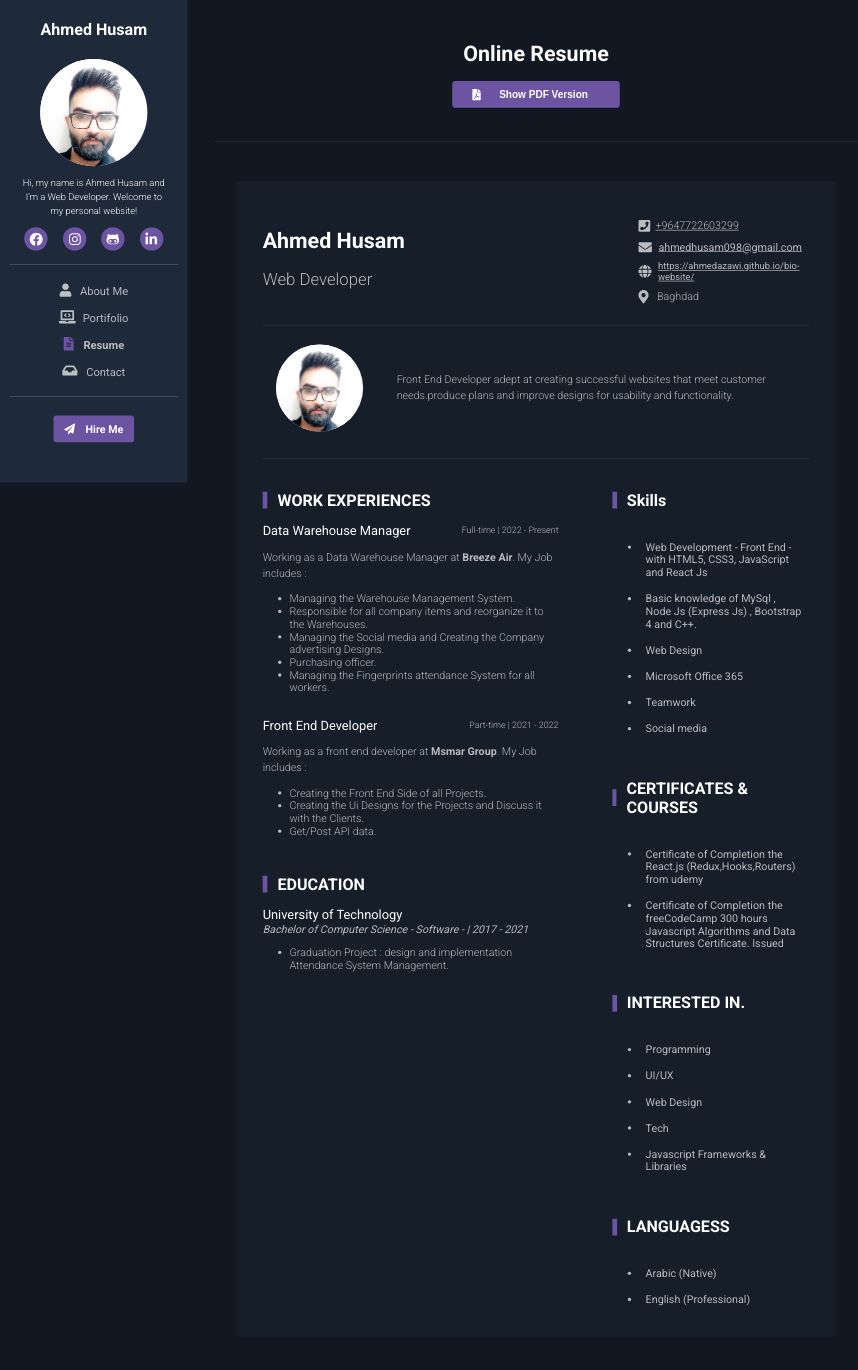
Repository: ahmedazawi/bio-website
Page: /bio-website/resume
These files come from the project's save history. The page is drawn as it stood at one moment and after the next save; the edit follows.
The browser window is 1280 px wide. The pictures show the whole page, at 67% of full size.
The project was rebuilt for these pictures with package versions that can differ from the ones it lists, and the page was loaded fresh each time. Also part of the build but not shown: src/assets/css/routes-files/about-me.css, src/components/home/Head.js, src/assets/css/routes-files/cards.css, src/components/home/Card.js, src/components/home/Cards.js, src/components/home/PojectsCard.js, src/components/home/Projects.js, src/views/AboutMe.js and 2 more.

Above is the page before, as saved 2022-08-05 11:48:18.

### public/index.html
<!DOCTYPE html>
<html lang="en">

<head>
  <meta charset="utf-8" />
  <link rel="icon" href="%PUBLIC_URL%/favicon.ico" />
  <!-- <meta name="viewport" content="width=device-width, initial-scale=1" /> -->
  <meta name="viewport" content="width=device-width">
  <meta name="theme-color" content="#000000" />
  <meta name="description" content="Web site created using create-react-app" />
  <link href="https://fonts.googleapis.com/css?family=Roboto:300,400,500,700" rel="stylesheet">
  <!--
      manifest.json provides metadata used when your web app is installed on a
      user's mobile device or desktop. See https://developers.google.com/web/fundamentals/web-app-manifest/
    -->
  <link rel="manifest" href="%PUBLIC_URL%/manifest.json" />
  <!--
      Notice the use of %PUBLIC_URL% in the tags above.
      It will be replaced with the URL of the `public` folder during the build.
      Only files inside the `public` folder can be referenced from the HTML.

      Unlike "/favicon.ico" or "favicon.ico", "%PUBLIC_URL%/favicon.ico" will
      work correctly both with client-side routing and a non-root public URL.
      Learn how to configure a non-root public URL by running `npm run build`.
    -->

  <title>Bio</title>
</head>

<body>
  <noscript>You need to enable JavaScript to run this app.</noscript>
  <div id="root"></div>
  <!--
      This HTML file is a template.
      If you open it directly in the browser, you will see an empty page.

      You can add webfonts, meta tags, or analytics to this file.
      The build step will place the bundled scripts into the <body> tag.

      To begin the development, run `npm start` or `yarn start`.
      To create a production bundle, use `npm run build` or `yarn build`.
    -->

</body>

</html>

### src/App.js
import "./assets/css/App.css";
import Sidebar from "./components/Sidebar";
import AboutMe from "./views/AboutMe";
import Resume from "./views/Resume";
import Portifolio from "./views/Portifolio";
import Contact from "./views/Contact";
import { BrowserRouter, Switch, Route } from "react-router-dom";

function App() {
  return (
    <div className="app">
      <BrowserRouter basename="/bio-website">
        <Sidebar />
        <div className="side-line">
          <Switch>
            <Route exact path="/" component={AboutMe} />
            <Route path="/resume" component={Resume} />
            <Route path="/portifolio" component={Portifolio} />
            <Route path="/contact" component={Contact} />
          </Switch>
        </div>
      </BrowserRouter>
    </div>
  );
}

export default App;

### src/assets/css/App.css
body {
  margin: 0;
  background: rgba(17, 24, 33);
  color: white;
  font-family: "Roboto";
  /* height: 100%; */
}
.app {
  display: flex;
  flex-direction: row;
  justify-content: flex-start;
}
.side-line {
  margin-left: 320px;
  width: 100%;
}
@media only screen and (max-width: 768px) {
  .app {
    flex-direction: column;
  }
  .side-line {
    margin-left: 0;
  }
}
.primary-btn {
  display: flex;
  flex-direction: row;
  border: none;
  color: rgba(255, 255, 255);
  cursor: pointer;
  width: 180px;
  height: 40px;
  background-color: rgb(108, 84, 162);
  justify-content: center;
  align-items: center;
  border-radius: 5px;
  font-weight: 300;
  transition: all 0.5s;
}
.primary-btn > span {
  margin-left: 10px;
  font-weight: bold;
  font-style: normal;
  font-size: 15px;
}
.primary-btn:hover {
  background-color: rgba(108, 84, 162, 0.8);
  transition: all 0.5s;
}
.secondary-btn {
  display: flex;
  flex-direction: row;
  border: none;
  color: rgba(255, 255, 255);
  cursor: pointer;
  width: 180px;
  height: 40px;
  background-color: rgb(48, 68, 91, 0.6);
  justify-content: center;
  align-items: center;
  border-radius: 5px;
  font-weight: 300;
  transition: all 0.5s;
}
.secondary-btn > span {
  margin-left: 10px;
  font-weight: bold;
  font-style: normal;
  font-size: 15px;
}
.secondary-btn:hover {
  background-color: rgb(48, 68, 91, 1);
  transition: all 0.5s;
}
/* ----------- portifolio & Contact page  ------------*/
.portifolio-header {
  display: flex;
  flex-direction: column;
  align-items: center;
  width: 100%;
}
.portifolio-header > h1 {
  margin-top: 60px;
}
.portifolio-header > p,
span {
  text-align: center;
  width: 70%;
  line-height: 1.5em;
  font-weight: lighter;
  color: rgb(184, 186, 189);
  margin: 0;
}
.portifolio-header > p > a {
  color: rgb(108, 84, 162);
  text-decoration: none;
  font-size: 18px;
}
.portifolio-header > p > a:hover {
  text-decoration: underline;
}
.portifolio-header .contact-icons {
  display: flex;
  flex-direction: row;
  flex-wrap: wrap;
  justify-content: space-between;
  width: 250px;
}
/* ----------------- */
/* ------------ resume page ------------ */
.resume {
  display: flex;
  flex-direction: column;
  align-items: center;
  justify-content: center;
  background-color: rgb(21, 30, 41);
  width: 85%;
  height: 100%;
  padding: 20px 40px;
  margin: 50px 0;
  border-radius: 5px;
}
.resume-head {
  display: flex;
  flex-direction: row;
  justify-content: flex-start;
  align-items: center;
  width: 100%;
}
.resume-head div:first-of-type {
  width: 80%;
}
.resume-head .resume-contact {
  margin-top: 25px;
  padding: 5px;
  display: flex;
  flex-direction: column;
  align-items: flex-start;
  color: rgb(185, 188, 191);
}

.resume-head .resume-contact > div {
  display: flex;
  flex-direction: row;
  align-items: center;
  padding: 5px 0;
  border-left: 1px solid rgb(30, 30, 43);
}
.resume-introduction {
  display: flex;
  flex-direction: row;
  align-items: center;
  padding: 20px;
}
.resume-intro-p {
  margin-left: 50px;
}
.resume-intro-p p {
  line-height: 1.5em;
  font-weight: lighter;
  color: rgb(184, 186, 189);
}

.resume-description {
  display: flex;
  flex-direction: row;
  justify-content: flex-start;
  width: 100%;
}

.resume-description p,
small {
  line-height: 1.5em;
  font-weight: lighter;
  color: rgb(184, 186, 189);
}
.resume-description big {
  color: white;
}
.resume-section-one {
  width: 60%;
  display: flex;
  flex-direction: column;
}
.resume-section-two {
  width: 40%;
  margin-left: 80px;
}
.resume-title {
  display: flex;
  flex-direction: row;
  align-items: center;
  margin-top: 20px;
}
.resume-title > div {
  width: 7px;
  height: 25px;
  background-color: rgb(108, 84, 162);
  margin-right: 15px;
}
.resume-inside-title {
  display: flex;
  flex-direction: row;
  align-items: center;
  justify-content: space-between;
}
.section-two-divs {
  display: flex;
  flex-direction: column;
  justify-content: flex-start;
  color: rgb(184, 186, 189);
}
.section-two-divs > ul > li {
  padding: 10px;
}
@media only screen and (max-width: 1060px) {
  .resume-description {
    flex-direction: column;
  }
  .resume-section-one {
    width: 100%;
    display: flex;
    flex-direction: column;
  }
  .resume-section-two {
    width: 100%;
    margin-left: 0;
  }
}
@media only screen and (max-width: 600px) {
  .resume {
    width: 70vw;
  }
  .resume-head {
    flex-direction: column;
    justify-content: center;
    align-items: flex-start;
    width: 100%;
  }
  .resume-introduction {
    flex-direction: column;
  }
  .resume-intro-p {
    margin-left: 0;
  }
  .resume-intro-p p {
    line-height: 1.5em;
    font-weight: lighter;
    color: rgb(184, 186, 189);
    text-align: center;
  }
}
@media only screen and (max-width: 300px) {
  .resume-contact > div {
    margin: 0;
    flex-wrap: wrap;
  }
  .resume-head {
    padding: 0;
  }
}

### src/views/Resume.js
import React from "react";
import Img from "../assets/images/20211023_173933.jpg";
import { FontAwesomeIcon } from "@fortawesome/react-fontawesome";
import {
  faFilePdf,
  faPhoneSquare,
  faEnvelope,
  faGlobe,
  faMapMarkerAlt,
} from "@fortawesome/free-solid-svg-icons";
const Resume = () => {
  return (
    <div
      style={{
        display: "flex",
        flexDirection: "column",
        alignItems: "center",
      }}
    >
      <div
        style={{
          display: "flex",
          flexDirection: "column",
          alignItems: "center",
          marginTop: "40px",
        }}
      >
        <h1>Online Resume</h1>
        <a
          href="https://drive.google.com/file/d/15pAaGeQzM7rIs7e_jr2EU6NALuMMxu7G/view?usp=sharing"
          style={{
            textDecoration: "none",
          }}
        >
          <button
            style={{ width: "250px", color: "white" }}
            className="primary-btn"
          >
            <FontAwesomeIcon icon={faFilePdf} size="lg" />
            <span style={{ color: "white" }}>Show PDF Version</span>
          </button>
        </a>
      </div>
      <hr
        style={{
          width: "100%",
          marginTop: "50px",
          border: "none",
          height: "1px",
          backgroundColor: "rgb(49, 48, 48)",
        }}
      />

      {/* -------------- */}
      <div className="resume">
        <div className="resume-head">
          <div>
            <h1>Ahmed Husam</h1>
            <span style={{ fontSize: "25px" }}>Web Developer</span>
          </div>
          <div className="resume-contact">
            <div>
              <FontAwesomeIcon icon={faPhoneSquare} size="lg" />
              <span style={{ textDecoration: "underline" }}>
                +9647722603299
              </span>
            </div>
            <div>
              <FontAwesomeIcon
                icon={faEnvelope}
                style={{ marginRight: "10px" }}
                size="lg"
              />
              <a
                href="mailto:ahmedhusam098@gmail.com"
                style={{ color: "rgb(184,186,189)" }}
              >
                ahmedhusam098@gmail.com
              </a>
            </div>
            <div>
              <FontAwesomeIcon
                icon={faGlobe}
                style={{ marginRight: "10px" }}
                size="lg"
              />
              <a
                href="https://ahmedazawi.github.io/bio-website/"
                style={{ color: "rgb(184,186,189)", fontSize: "14px" }}
              >
                https://ahmedazawi.github.io/bio-website/
              </a>
            </div>
            <div>
              <FontAwesomeIcon
                icon={faMapMarkerAlt}
                style={{ marginRight: "13px" }}
                size="lg"
              />
              <span style={{ color: "rgb(184,186,189)", marginLeft: "0" }}>
                Baghdad
              </span>
            </div>
          </div>
        </div>

        {/* -------- */}
        <hr
          style={{
            width: "100%",
            marginTop: "20px",
            border: "none",
            height: "1px",
            backgroundColor: "rgb(49, 48, 48)",
          }}
        />

        <div className="resume-introduction">
          <div>
            <div
              style={{ width: "130px", height: "130px" }}
              className="circle-img"
            >
              <img src={Img} alt="Portifolio-img" />
            </div>
          </div>
          <div className="resume-intro-p">
            <p>
              Front End Developer adept at creating successful websites that
              meet customer needs.produce plans and improve designs for
              usability and functionality.
            </p>
          </div>
        </div>
        <hr
          style={{
            width: "100%",
            marginTop: "20px",
            border: "none",
            height: "1px",
            backgroundColor: "rgb(49, 48, 48)",
          }}
        />

        <div className="resume-description">
          <div className="resume-section-one">
            <div className="resume-title">
              <div></div>
              <h2>WORK EXPERIENCES</h2>
            </div>
            <div>
              <div className="resume-inside-title">
                <big>Data Warehouse Manager</big>
                <small>Full-time | 2022 - Present</small>
              </div>
              <p>
                Working as a Data Warehouse Manager at <b>Breeze Air</b>. My Job
                includes :
              </p>
              <ul
                style={{
                  fontWeight: "lighter",
                  color: "rgb(184, 186, 189) ",
                }}
              >
                <li>Managing the Warehouse Management System.</li>
                <li>
                  Responsible for all company items and reorganize it to the
                  Warehouses.
                </li>
                <li>
                  Managing the Social media and Creating the Company advertising
                  Designs.
                </li>
                <li>Purchasing officer.</li>
                <li>
                  Managing the Fingerprints attendance System for all workers.
                </li>
              </ul>
            </div>
            <br />
            <div>
              <div className="resume-inside-title">
                <big>Front End Developer</big>
                <small>Part-time | 2021 - 2022</small>
              </div>
              <p>
                Working as a front end developer at <b>Msmar Group</b>. My Job
                includes :
              </p>
              <ul
                style={{
                  fontWeight: "lighter",
                  color: "rgb(184, 186, 189) ",
                }}
              >
                <li>Creating the Front End Side of all Projects.</li>
                <li>
                  Creating the Ui Designs for the Projects and Discuss it with
                  the Clients.
                </li>
                <li>Get/Post API data.</li>
              </ul>
            </div>
            <div className="resume-title">
              <div></div>
              <h2>EDUCATION</h2>
            </div>
            <div>
              <big style={{ marginBottom: "20px" }}>
                University of Technology
              </big>
              <br />
              <i style={{ color: "rgb(184,186,189)" }}>
                Bachelor of Computer Science - Software - | 2017 - 2021
              </i>
              <ul
                style={{
                  fontWeight: "lighter",
                  color: "rgb(184, 186, 189) ",
                }}
              >
                <li>
                  Graduation Project : design and implementation Attendance
                  System Management.
                </li>
              </ul>
            </div>
          </div>

          <div className="resume-section-two">
            <div className="resume-title">
              <div></div>
              <h2>Skills</h2>
            </div>
            <div className="section-two-divs">
              <ul>
                <li>
                  Web Development - Front End - with HTML5, CSS3, JavaScript and
                  React Js
                </li>
                <li>
                  Basic knowledge of MySql , Node Js (Express Js) , Bootstrap 4
                  and C++.
                </li>
                <li>Web Design</li>
                <li>Microsoft Office 365</li>
                <li>Teamwork</li>
                <li>Social media</li>
              </ul>
            </div>
            <div className="resume-title">
              <div></div>
              <h2>CERTIFICATES & COURSES</h2>
            </div>
            <div className="section-two-divs">
              <ul>
                <li>
                  Certificate of Completion the React.js (Redux,Hooks,Routers)
                  from udemy
                </li>
                <li>
                  Certificate of Completion the freeCodeCamp 300 hours
                  Javascript Algorithms and Data Structures Certificate. Issued
                </li>
              </ul>
            </div>
            <div className="resume-title">
              <div></div>
              <h2>INTERESTED IN.</h2>
            </div>
            <div className="section-two-divs">
              <ul>
                <li>Programming</li>
                <li>UI/UX</li>
                <li>Web Design</li>
                <li>Tech</li>
                <li>Javascript Frameworks & Libraries</li>
              </ul>
            </div>
            <div className="resume-title">
              <div></div>
              <h2>LANGUAGESS</h2>
            </div>
            <div className="section-two-divs">
              <ul>
                <li>Arabic (Native)</li>
                <li>English (Professional)</li>
              </ul>
            </div>
          </div>
        </div>
      </div>
    </div>
  );
};

export default Resume;

### src/assets/css/sidebar.css
.sidebar {
  display: flex;
  flex-direction: column;
  align-items: center;
  position: fixed;
  width: 280px;
  height: 100%;
  background-color: rgba(30, 42, 58);
}
.navbar {
  background-color: rgba(30, 42, 58);
  min-width: 100%;
  height: 50px;
  /* top: -100px; */
  display: none;
  justify-content: flex-end;
  align-items: center;
  z-index: 3;
}
.section-one {
  display: flex;
  flex-direction: column;
  align-items: center;
}

.circle-img {
  width: 160px;
  height: 160px;
  border-radius: 50%;
  overflow: hidden;
  background-color: white;
  /* border: 1px solid rgba(108, 84, 162); */
}
.circle-img > img {
  width: 90%;
}
.section-one > p {
  text-align: center;
  font-weight: lighter;
  line-height: 1.5;
  font-size: 14px;
  width: 80%;
}
.social-circles {
  display: flex;
  flex-direction: row;
  justify-content: space-evenly;
  width: 90%;
}
.social-circles > div {
  width: 35px;
  height: 35px;
  border-radius: 50%;
  overflow: hidden;
  background: rgb(108, 84, 162);
  display: flex;
  justify-content: center;
  align-items: center;
}

.section-two {
  display: flex;
  flex-direction: column;
  align-items: center;
  width: 200px;
  margin-top: 20px;
}
.section-nav-link {
  text-decoration: none;
  color: rgb(188, 192, 196);
  transition: all 0.3s;
  -webkit-transition: all 0.3s;
  -moz-transition: all 0.3s;
  -ms-transition: all 0.3s;
  -o-transition: all 0.3s;
  font-weight: 600;
}
.section-nav-link:hover {
  color: white;
  transition: all 0.3s;
  -webkit-transition: all 0.3s;
  -moz-transition: all 0.3s;
  -ms-transition: all 0.3s;
  -o-transition: all 0.3s;
}
.nav-link {
  display: flex;
  flex-direction: row;
  /* align-items: center; */
  width: auto;
  height: 40px;
  font-size: 20px;
  /* margin-left: 15px; */
}

.nav-link > small {
  margin-left: 10px;
}
.hamburger {
  display: none;
  margin-right: 30px;
}

.bar {
  display: block;
  width: 25px;
  height: 3px;
  margin: 5px auto;
  -webkit-transition: all 0.3s ease-in-out;
  -moz-transition: all 0.3s ease-in-out;
  -ms-transition: all 0.3s ease-in-out;
  -o-transition: all 0.3s ease-in-out;
  transition: all 0.3s ease-in-out;
  background-color: white;
}

.bar-active {
  /* top: 0; */
  display: flex;
}
@media only screen and (max-width: 768px) {
  .sidebar {
    position: absolute;
    opacity: 0;
    -webkit-opacity: 0;
    flex-direction: column;
    width: 100%;
    height: 100%;
    border-bottom-right-radius: 10px;
    border-bottom-left-radius: 10px;
    transition: all 0.6s;
    -webkit-transition: all 0.3s;
    -moz-transition: all 0.3s;
    -ms-transition: all 0.3s;
    -o-transition: all 0.3s;
    text-align: center;
    box-shadow: 0 10px 27px rgba(0, 0, 0, 0.05);
    overflow: scroll;
    z-index: 1;
  }
  .sidebar-2 {
    top: -100%;
  }
  .sidebar.active {
    top: 0;
    transition: all 0.5s;
    opacity: 1;
    -webkit-opacity: 1;
    height: 100%;
  }
  .sidebar.active-2 {
    position: relative;
  }
  .hamburger {
    display: block;
    cursor: pointer;
  }

  .hamburger.active .bar:nth-child(2) {
    opacity: 0;
    -webkit-opacity: 0;
  }

  .hamburger.active .bar:nth-child(1) {
    transform: translateY(8px) rotate(45deg);
  }

  .hamburger.active .bar:nth-child(3) {
    transform: translateY(-8px) rotate(-45deg);
  }
  .navbar {
    display: flex;
    width: 100%;
  }
}

Loaded but not shown: src/index.js (common file); src/components/Sidebar.js (254 lines, source omitted)

After the next save:
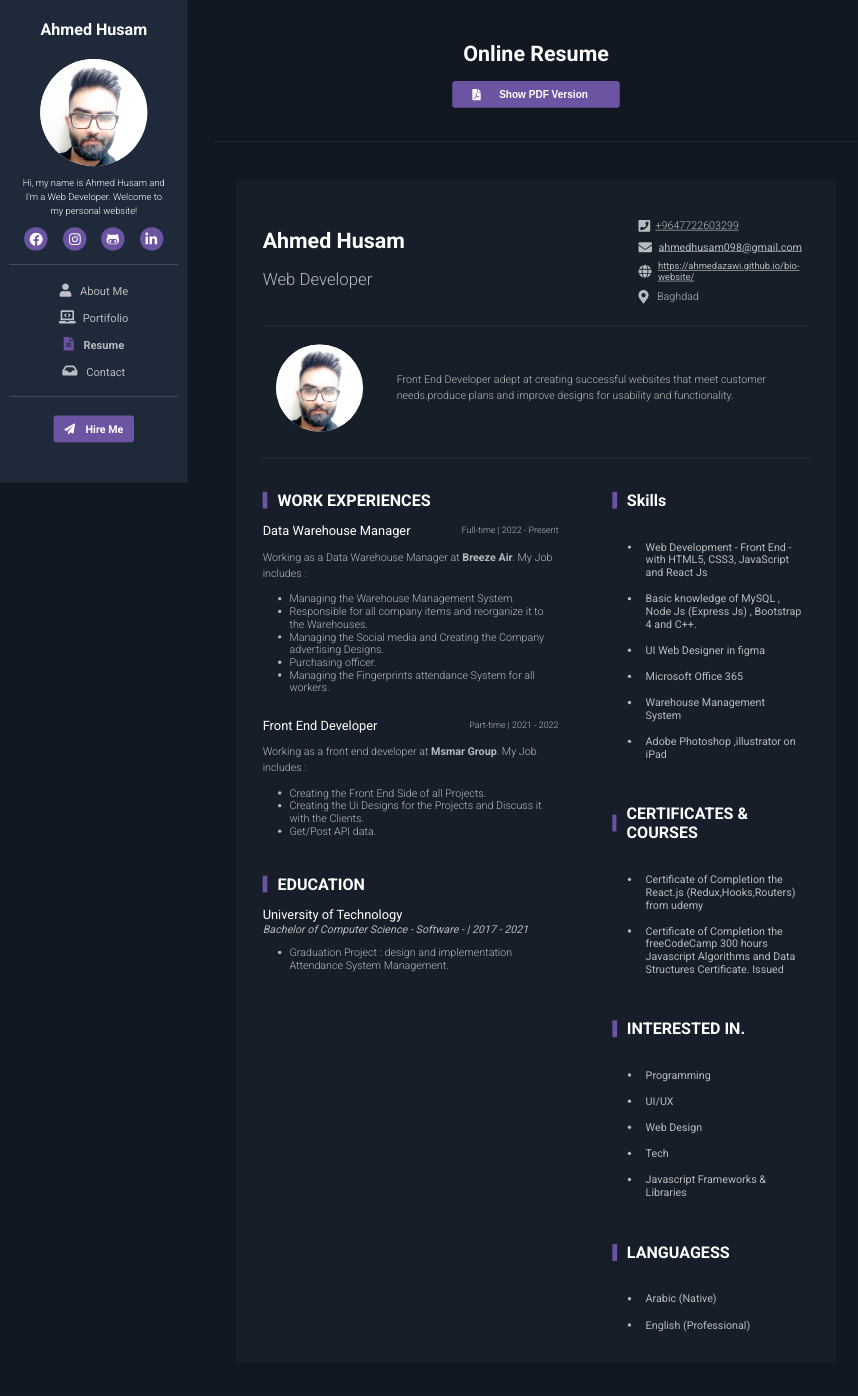
Saved 69 s later.
--- a/src/views/Resume.js
+++ b/src/views/Resume.js
@@ -240,13 +240,13 @@ const Resume = () => {
                   React Js
                 </li>
                 <li>
-                  Basic knowledge of MySql , Node Js (Express Js) , Bootstrap 4
+                  Basic knowledge of MySQL , Node Js (Express Js) , Bootstrap 4
                   and C++.
                 </li>
-                <li>Web Design</li>
+                <li>UI Web Designer in figma</li>
                 <li>Microsoft Office 365</li>
-                <li>Teamwork</li>
-                <li>Social media</li>
+                <li>Warehouse Management System</li>
+                <li>Adobe Photoshop ,illustrator on iPad</li>
               </ul>
             </div>
             <div className="resume-title">
